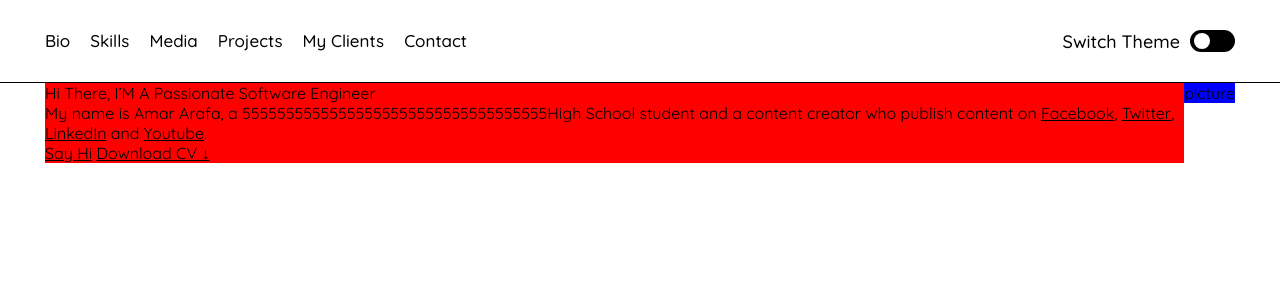
Repository: benarafa1/personal-website
Page: index.html
The author's editor kept a copy of each file at every save. The page is drawn from the files as they stood at one save, then again after the next save.
The browser window is 1280 px wide. The pictures show the whole page.

Above is the page before, as saved 2025-04-12 06:54:05.

After the next save:
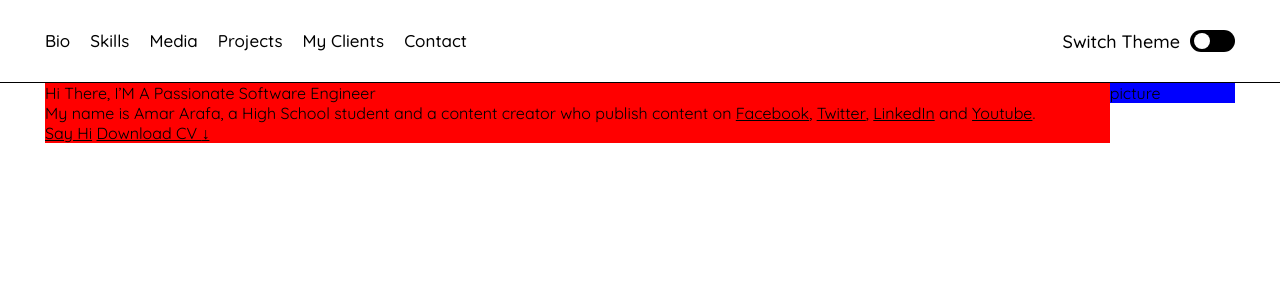
Saved 29 s later.
--- a/index.html
+++ b/index.html
@@ -44,9 +44,8 @@
             Hi There, I’M A Passionate Software Engineer
           </h1>
           <p class="bio__objevtive">
-            My name is <span class="bio__name">Amar Arafa</span>, a
-            55555555555555555555555555555555555High School student and a content
-            creator who publish content on
+            My name is <span class="bio__name">Amar Arafa</span>, a High School
+            student and a content creator who publish content on
             <a href="#" class="bio__Facebook">Facebook</a>,
             <a href="#" class="bio__Twitter">Twitter</a>,
             <a href="#" class="bio__LinkedIn">LinkedIn</a> and
